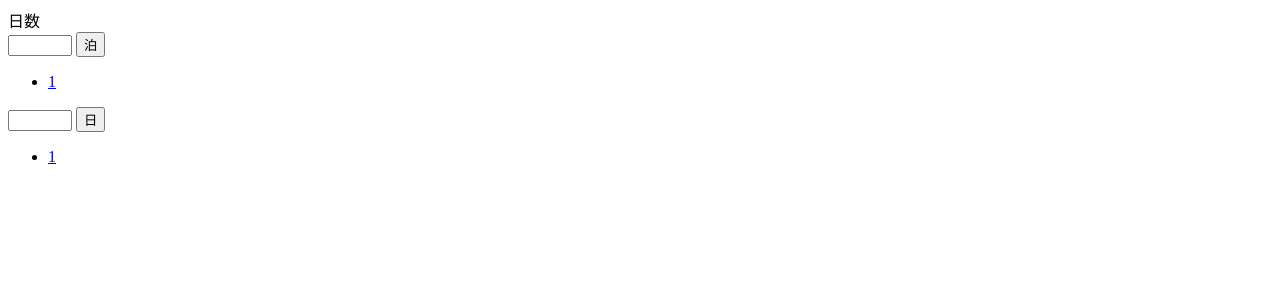
Repository: Ischca/ischca.github.io
Page: src/nights.html
An editor plug-in stored every save of this project. The page is shown before and after the next save, followed by the edit.
The browser window is 1280 px wide. The pictures show the whole page.

Above is the page before, as saved 2020-10-02 14:31:20.

After the next save:
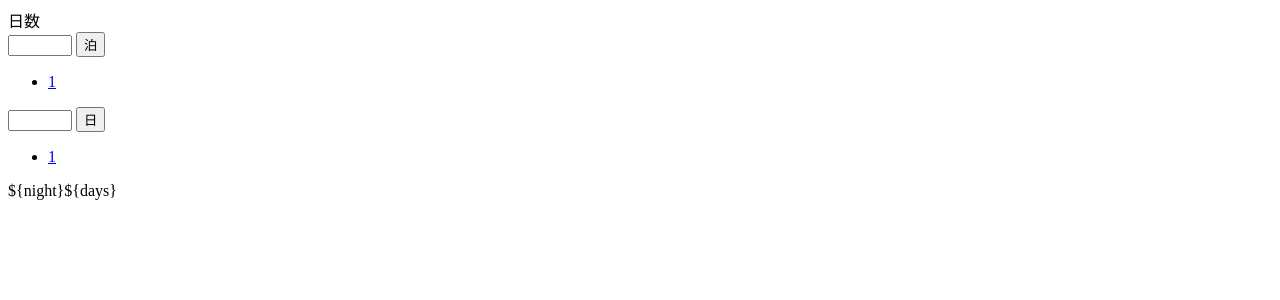
Saved 41 s later.
--- a/src/nights.html
+++ b/src/nights.html
@@ -20,3 +20,5 @@
         </ul>
     </div>
 </div>
+
+${night}${days}
